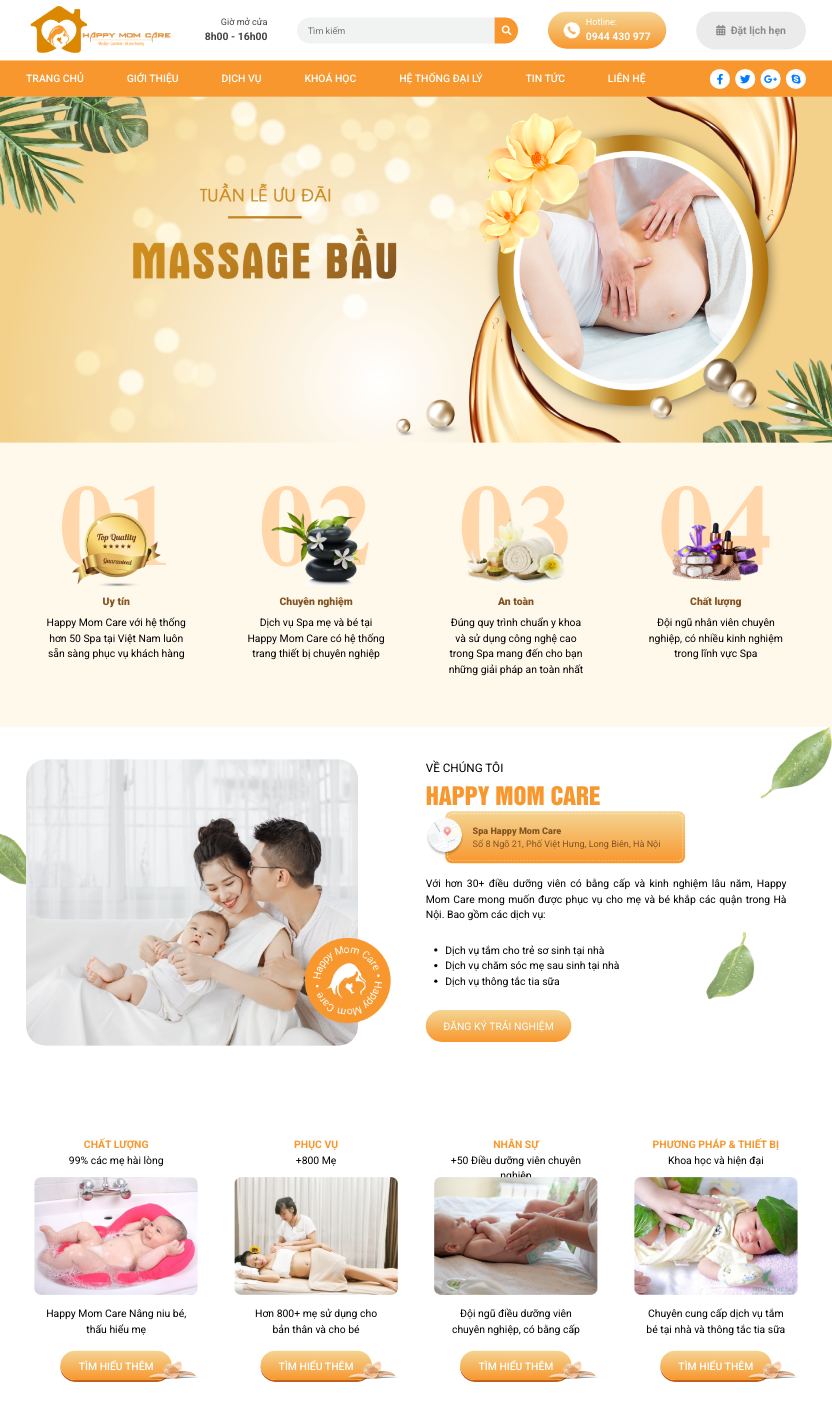
Repository: haianh12082001/happymom
Page: index.html
These files come from the project's save history. The page is drawn as it stood at one moment and after the next save; the edit follows.
The browser window is 1280 px wide. The pictures show the whole page, at 65% of full size.
Some web libraries are served in a nearby version. The style sheet was rebuilt from its Sass, Less or Tailwind sources for each picture, by a compiler version that may differ from the author's.

Above is the page before, as saved 2021-11-16 08:47:03.

After the next save:
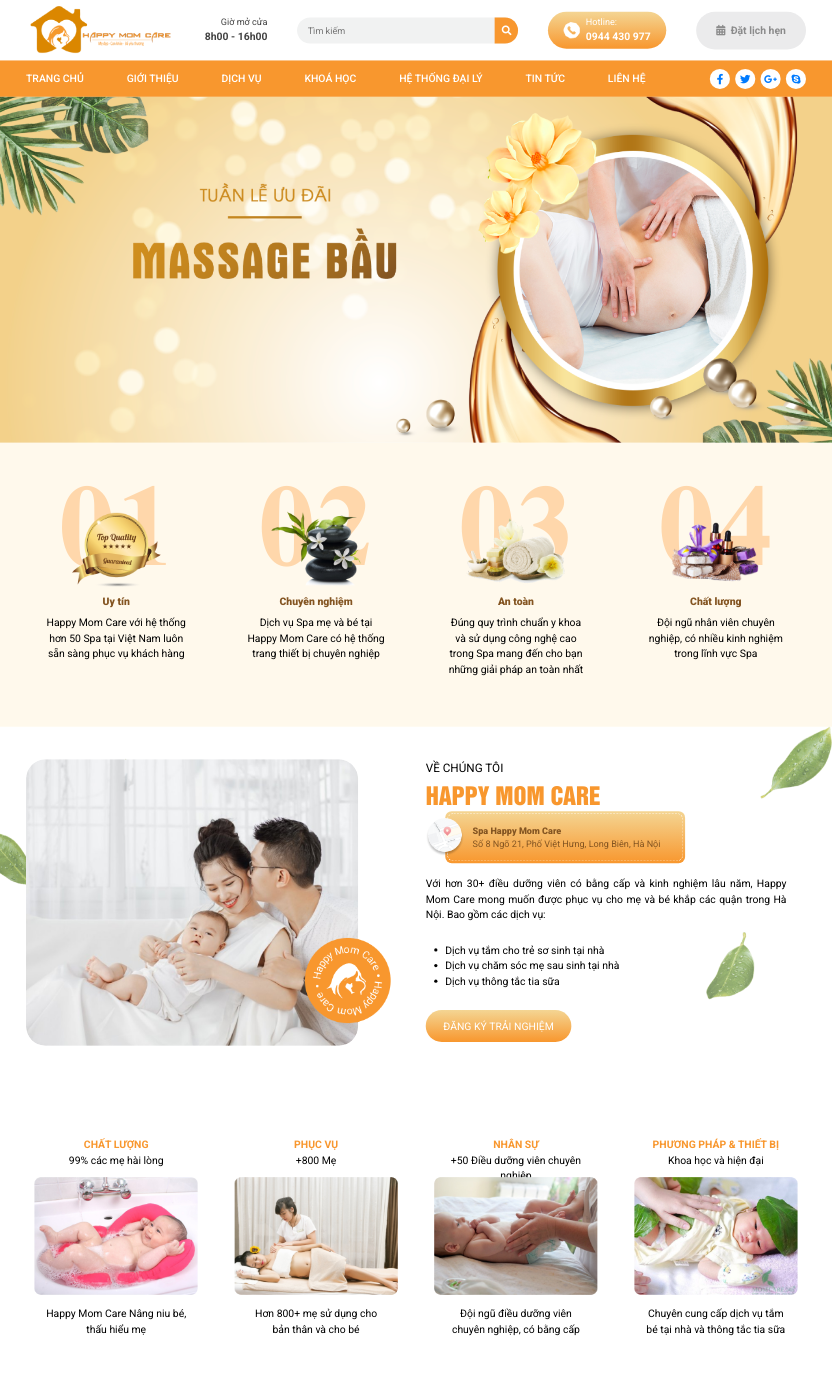
Saved 15 s later.
--- a/assets/sass/_blog.scss
+++ b/assets/sass/_blog.scss
@@ -32,7 +32,7 @@
         text-align: center;
         margin-top: 10px;
         position: relative;
-        display: inherit;
+        display: none;
         a {
             padding: 15px 28px 11px 28px;
             background: linear-gradient(180deg, #f4d593 0%, #f8972e 100%);
